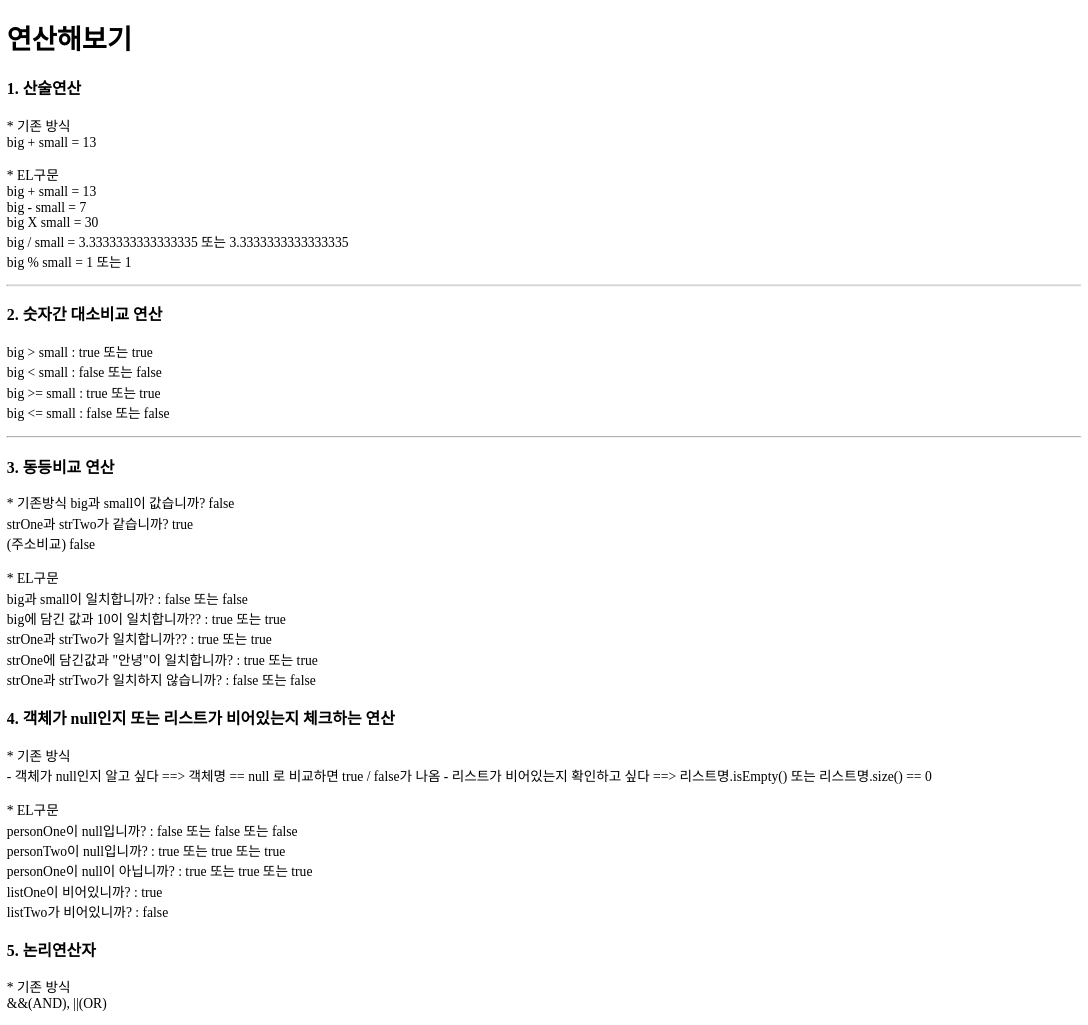
Repository: judeyong/myWebWorkSpace2
Page: http://localhost/Action_Project/operation.do
The author's editor kept a copy of each file at every save. The page is drawn from the files as they stood at one save, then again after the next save.
The browser window is 1280 px wide. The pictures show the whole page, at 85% of full size.
The page is served by Tomcat 9.

Above is the page before, as saved 2024-04-03 02:46:22.

After the next save:
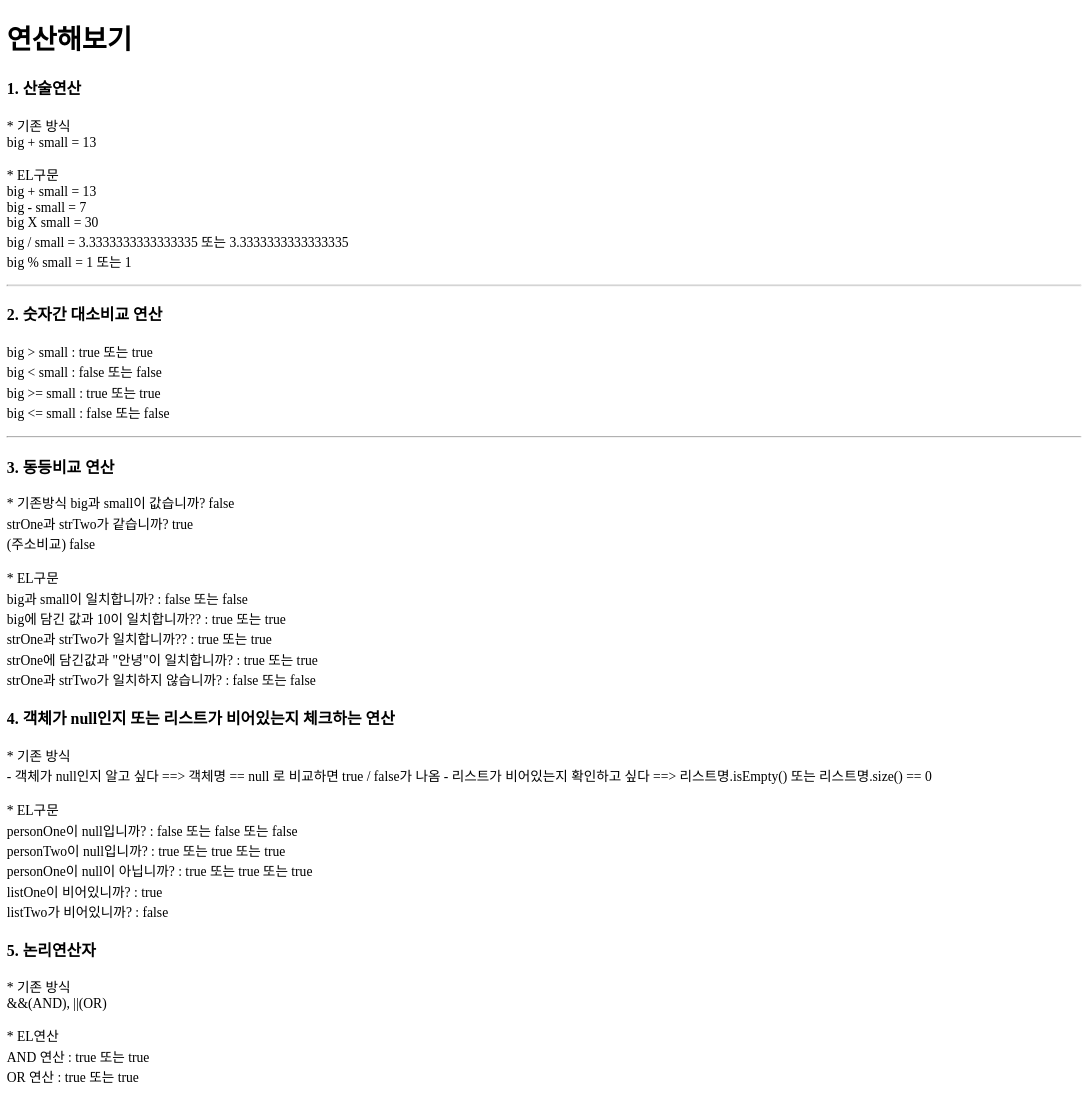
Saved 74 s later.
--- a/Action_Project/WebContent/views/02_elOperation.jsp
+++ b/Action_Project/WebContent/views/02_elOperation.jsp
@@ -88,7 +88,9 @@
 	</p>
 
 	<p>
-
+		* EL연산 <br>
+		AND 연산 : ${ true && true } 또는 ${ true and true }<br>
+		OR 연산 :  ${ true || true } 또는 ${ true or false }<br>
 	</p>
 
 
